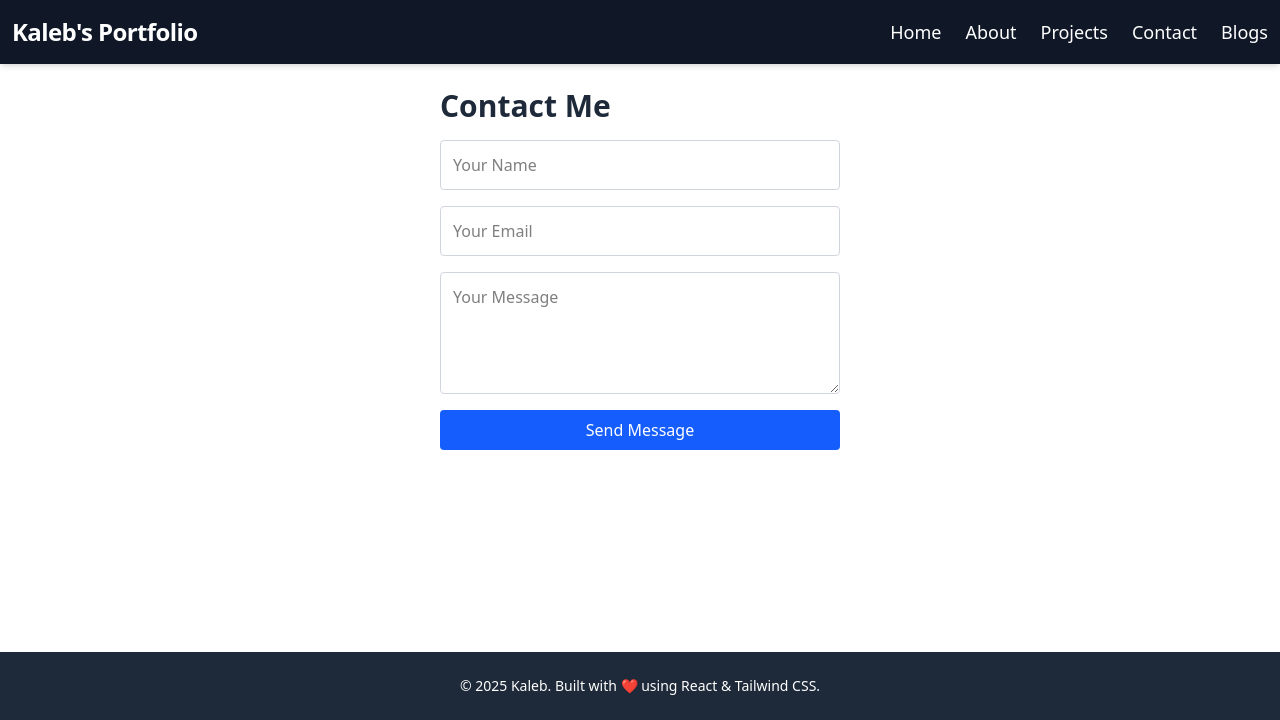
Repository: KalebMalone/portfolio-site
Page: /contact
An editor plug-in stored every save of this project. The page is shown before and after the next save, followed by the edit.
The browser window is 1280 px wide. The pictures show the whole page.
The project was rebuilt for these pictures with package versions that can differ from the ones it lists, and the page was loaded fresh each time. Also part of the build but not shown: vite.config.js, src/pages/Home.jsx, src/pages/About.jsx, src/pages/Projects.jsx, src/pages/Blogs.jsx.

Above is the page before, as saved 2025-04-23 17:29:41.

### src/App.jsx
import { BrowserRouter as Router, Routes, Route } from 'react-router-dom';
import Header from './components/Header';
import Footer from './components/Footer';

import Home from './pages/Home';
import About from './pages/About';
import Projects from './pages/Projects';
import Contact from './pages/Contact';
import Blogs from './pages/Blogs'; // Import Blogs page

function App() {
  return (
    <Router>
      <div className="flex flex-col min-h-screen">
        <Header />

        <main className="flex-grow">
          <Routes>
            <Route path="/" element={<Home />} />
            <Route path="/about" element={<About />} />
            <Route path="/projects" element={<Projects />} />
            <Route path="/contact" element={<Contact />} />
            <Route path="/blogs" element={<Blogs />} /> {/* Add route for Blogs */}
          </Routes>
        </main>

        <Footer />
      </div>
    </Router>
  );
}

export default App;

### src/index.css
@import 'tailwindcss';  /* Or use the Tailwind directives below */

/* Or alternatively, use these Tailwind directives directly in your CSS */
@tailwind base;
@tailwind components;
@tailwind utilities;

### src/components/Header.jsx
import { Link } from 'react-router-dom';

const Header = () => {
    return (
        <header className="bg-gray-900 text-white shadow-md py-4">
            <nav className="max-w-9xl mx-auto flex justify-between items-center px-3">
                {/* Logo/Brand Name (Left-aligned) */}
                <h1 className="text-2xl font-bold tracking-tight">Kaleb's Portfolio</h1>

                {/* Navigation Links (Right-aligned) */}
                <ul className="flex space-x-6 text-lg"> {/* Reduced space between items */}
                    {['Home', 'About', 'Projects', 'Contact', 'Blogs'].map((page) => ( // Add Blogs here
                        <li key={page}>
                            <Link
                                to={`/${page.toLowerCase() === 'home' ? '' : page.toLowerCase()}`}
                                className="hover:text-blue-400 transition-colors duration-200"
                            >
                                {page}
                            </Link>
                        </li>
                    ))}
                </ul>
            </nav>
        </header>
    );
};

export default Header;

### src/components/Footer.jsx
const Footer = () => {
    return (
        <footer className="bg-gray-800 text-white text-center py-6 mt-10">
            <p className="text-sm">© {new Date().getFullYear()} Kaleb. Built with ❤️ using React & Tailwind CSS.</p>
        </footer>
    );
};

export default Footer;

### src/pages/Contact.jsx
const Contact = () => {
    return (
        <section className="p-6 max-w-md mx-auto">
            <h2 className="text-3xl font-bold mb-4 text-gray-800">Contact Me</h2>
            <form className="flex flex-col gap-4">
                <input
                    type="text"
                    placeholder="Your Name"
                    className="p-3 border border-gray-300 rounded focus:ring-2 focus:ring-blue-500 outline-none"
                />
                <input
                    type="email"
                    placeholder="Your Email"
                    className="p-3 border border-gray-300 rounded focus:ring-2 focus:ring-blue-500 outline-none"
                />
                <textarea
                    rows="4"
                    placeholder="Your Message"
                    className="p-3 border border-gray-300 rounded focus:ring-2 focus:ring-blue-500 outline-none"
                ></textarea>
                <button className="bg-blue-600 text-white py-2 rounded hover:bg-blue-700 transition">
                    Send Message
                </button>
            </form>
        </section>
    );
};

export default Contact;

Loaded but not shown: index.html (common file); src/main.jsx (common file)

After the next save:
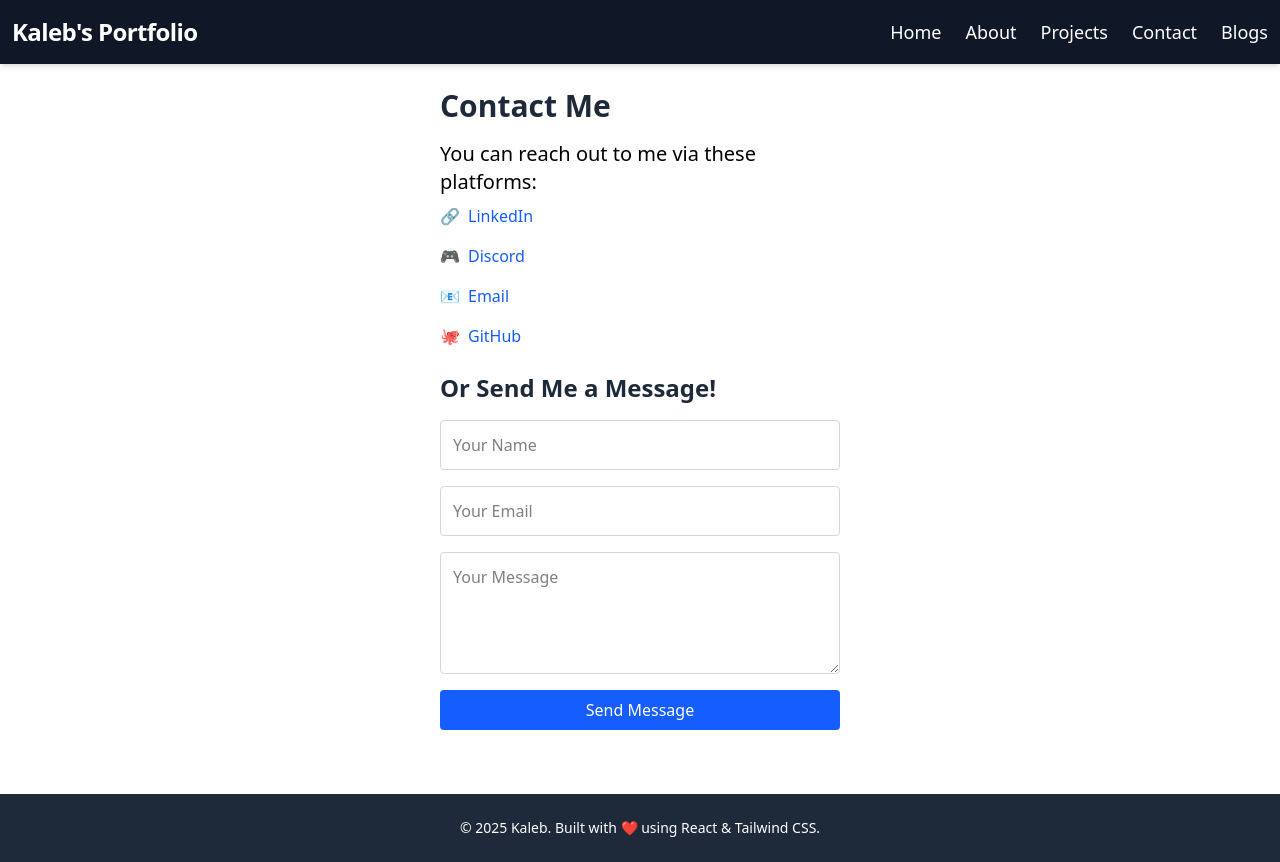
Saved 97 s later.
--- a/src/pages/Contact.jsx
+++ b/src/pages/Contact.jsx
@@ -1,7 +1,61 @@
+import React from 'react';
+
 const Contact = () => {
     return (
         <section className="p-6 max-w-md mx-auto">
             <h2 className="text-3xl font-bold mb-4 text-gray-800">Contact Me</h2>
+
+            {/* Contact Information */}
+            <div className="mb-6">
+                <p className="text-xl mb-2">You can reach out to me via these platforms:</p>
+                <ul className="space-y-4">
+                    <li>
+                        <a
+                            href="https://www.linkedin.com/in/kalebmalone/"
+                            target="_blank"
+                            rel="noopener noreferrer"
+                            className="flex items-center text-blue-600 hover:text-blue-800 transition-colors"
+                        >
+                            <span role="img" aria-label="LinkedIn" className="mr-2">🔗</span>
+                            LinkedIn
+                        </a>
+                    </li>
+                    <li>
+                        <a
+                            href="https://discord.com/users/kalebmalone#1234"
+                            target="_blank"
+                            rel="noopener noreferrer"
+                            className="flex items-center text-blue-600 hover:text-blue-800 transition-colors"
+                        >
+                            <span role="img" aria-label="Discord" className="mr-2">🎮</span>
+                            Discord
+                        </a>
+                    </li>
+                    <li>
+                        <a
+                            href="mailto:kaleb.malone@example.com"
+                            className="flex items-center text-blue-600 hover:text-blue-800 transition-colors"
+                        >
+                            <span role="img" aria-label="Email" className="mr-2">📧</span>
+                            Email
+                        </a>
+                    </li>
+                    <li>
+                        <a
+                            href="https://github.com/kalebmalone"
+                            target="_blank"
+                            rel="noopener noreferrer"
+                            className="flex items-center text-blue-600 hover:text-blue-800 transition-colors"
+                        >
+                            <span role="img" aria-label="GitHub" className="mr-2">🐙</span>
+                            GitHub
+                        </a>
+                    </li>
+                </ul>
+            </div>
+
+            {/* Form Section */}
+            <h3 className="text-2xl font-semibold text-gray-800 mb-4">Or Send Me a Message!</h3>
             <form className="flex flex-col gap-4">
                 <input
                     type="text"
